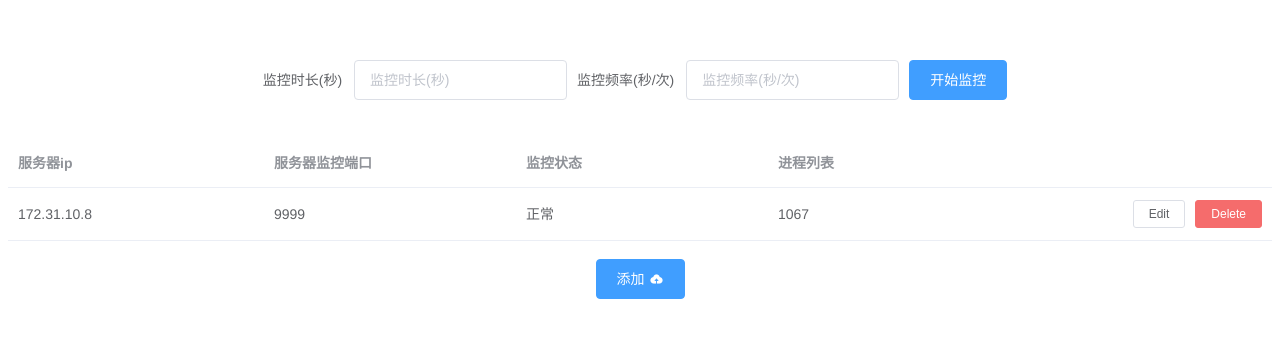
Repository: jiuceng1/monitor
Page: /#/show (app in nmonvue/)
These files come from the project's save history. The page is drawn as it stood at one moment and after the next save; the edit follows.
The browser window is 1280 px wide. The pictures show the whole page.
The project was rebuilt for these pictures with package versions that can differ from the ones it lists, and the page was loaded fresh each time. Also part of the build but not shown: nmonvue/src/components/HelloWorld.vue.

Above is the page before, as saved 2022-01-13 11:10:10.

After the next save:
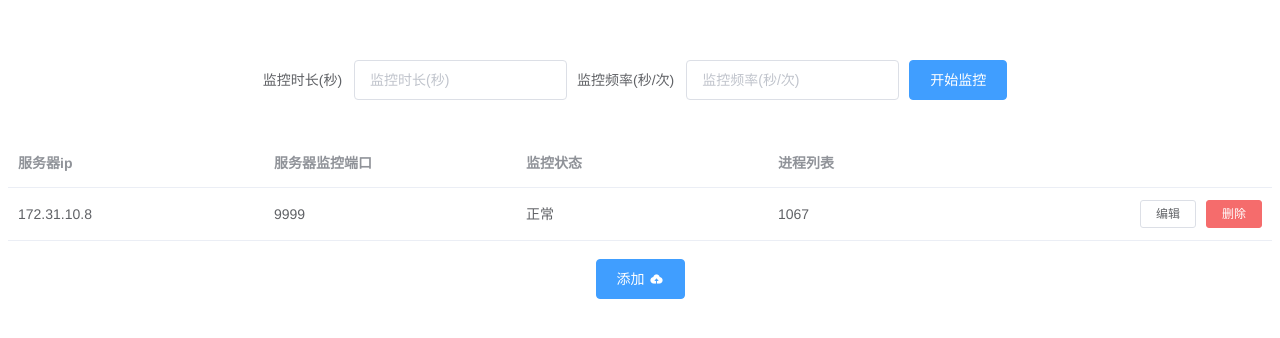
Saved 5 min 50 s later.
--- a/nmonvue/src/view/show.vue
+++ b/nmonvue/src/view/show.vue
@@ -36,11 +36,11 @@
       <template slot-scope="scope">
         <el-button
           size="mini"
-          @click="handleEdit(scope.$index, scope.row)">Edit</el-button>
+          @click="handleEdit(scope.$index, scope.row)">编辑</el-button>
         <el-button
           size="mini"
           type="danger"
-          @click="handleDelete(scope.$index, scope.row)">Delete</el-button>
+          @click="handleDelete(scope.$index, scope.row)">删除</el-button>
       </template>
     </el-table-column>
   </el-table>
